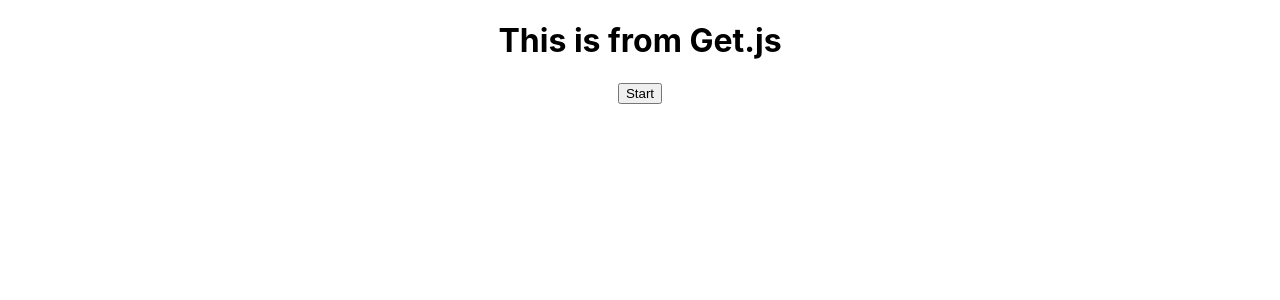
Repository: Imprasna/practising-API
Page: /
These files come from the project's save history. The page is drawn as it stood at one moment and after the next save; the edit follows.
The browser window is 1280 px wide. The pictures show the whole page.
The project was rebuilt for these pictures with package versions that can differ from the ones it lists, and the page was loaded fresh each time.

Above is the page before, as saved 2021-11-06 11:13:52.

After the next save:
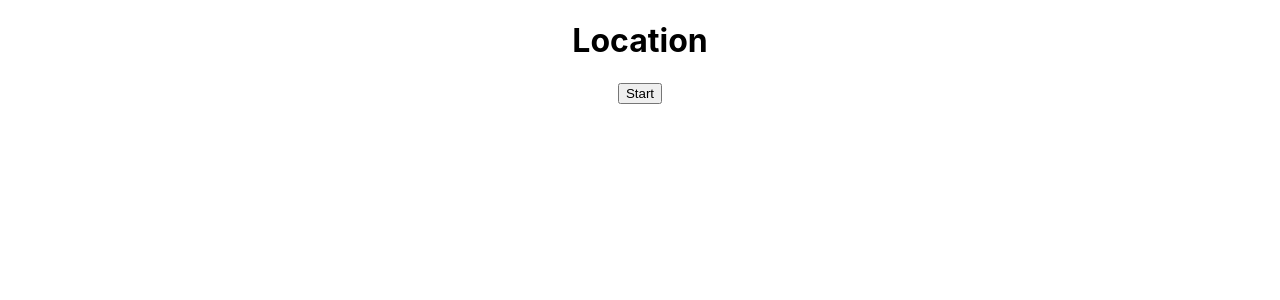
Saved 3 min 9 s later.
--- a/src/Get.js
+++ b/src/Get.js
@@ -31,7 +31,7 @@ const Get = () =>
 
     return (
         <div>
-            <h1>This is from Get.js</h1>
+            <h1>Location </h1>
             <button onClick={getData}>Start</button>
             <p>{ getPost != null && getPost.location != null && getPost.location.name != null && getPost.location.name ? getPost.location.name : undefined }</p>
             <p>{ getPost != null && getPost.location != null && getPost.location.region != null && getPost.location.region ? getPost.location.region : undefined }</p>
